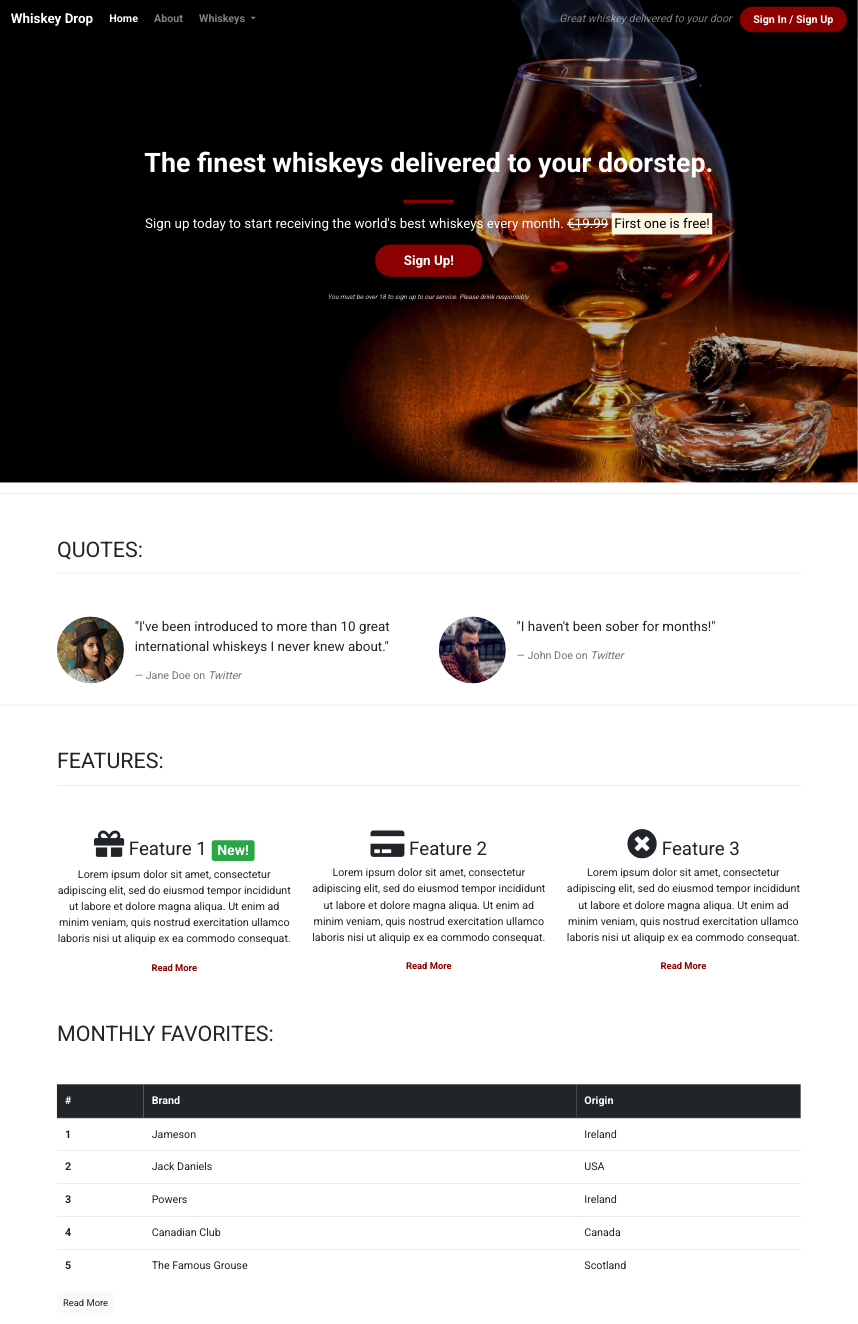
Repository: dof-bull/whiskey-drop
Page: index.html
The author's editor kept a record of every edit. The page is drawn from the files as they stood at one moment, then again after the next edit.
The browser window is 1280 px wide. The pictures show the whole page, at 67% of full size.
Backgrounds fixed to the window are drawn as part of the page. Some web libraries are served in a nearby version.

Above is the page before.

After the next edit:
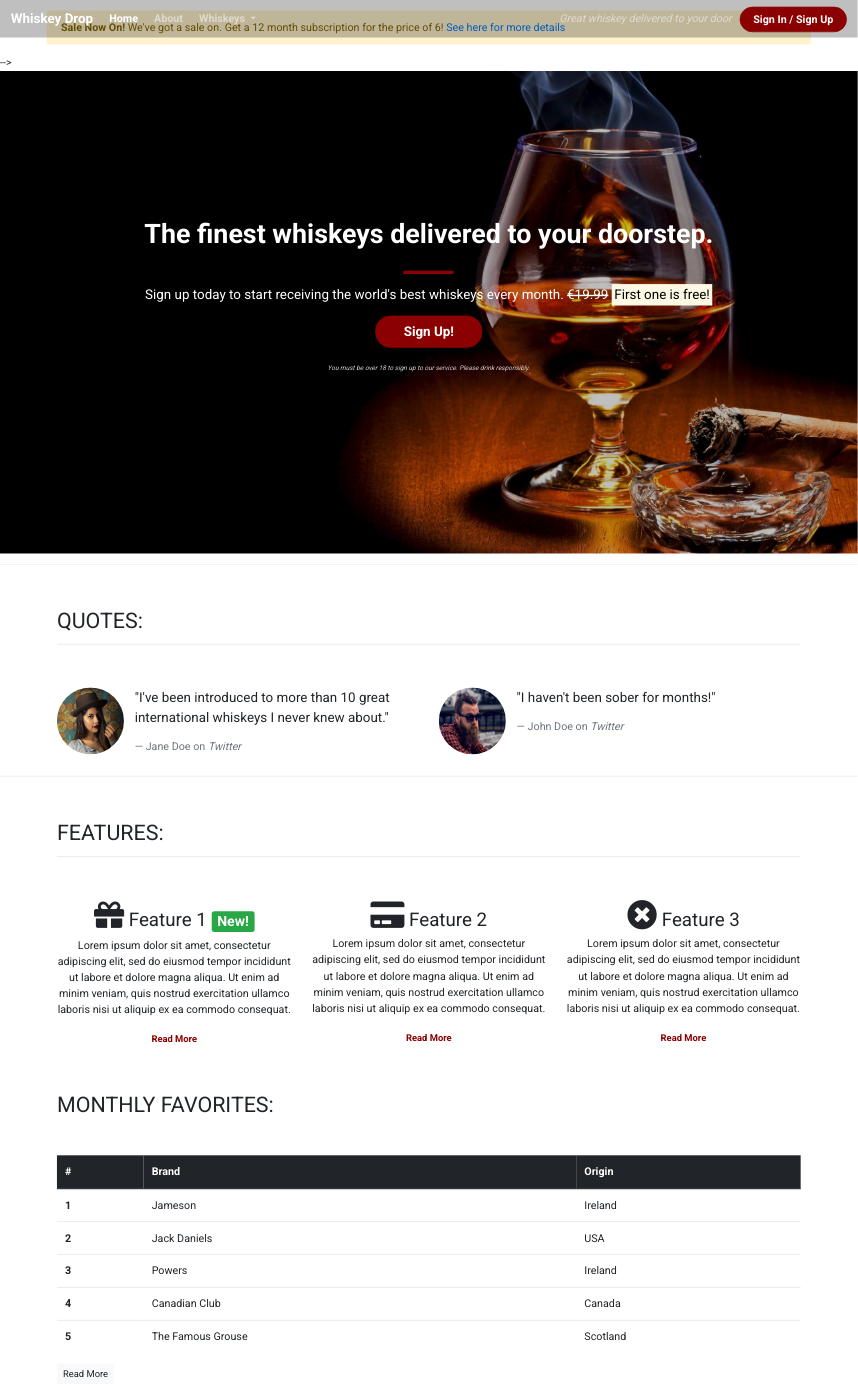
The edit:
--- a/index.html
+++ b/index.html
@@ -47,7 +47,7 @@
   </div>
   <!-- /Nav -->
 
-  <!-- Alert
+  <!-- Alert -->
   <div class="container-fluid alert-container">
     <article class="container mt-3">
       <div class="row d-none d-sm-block">

After the edit that followed:
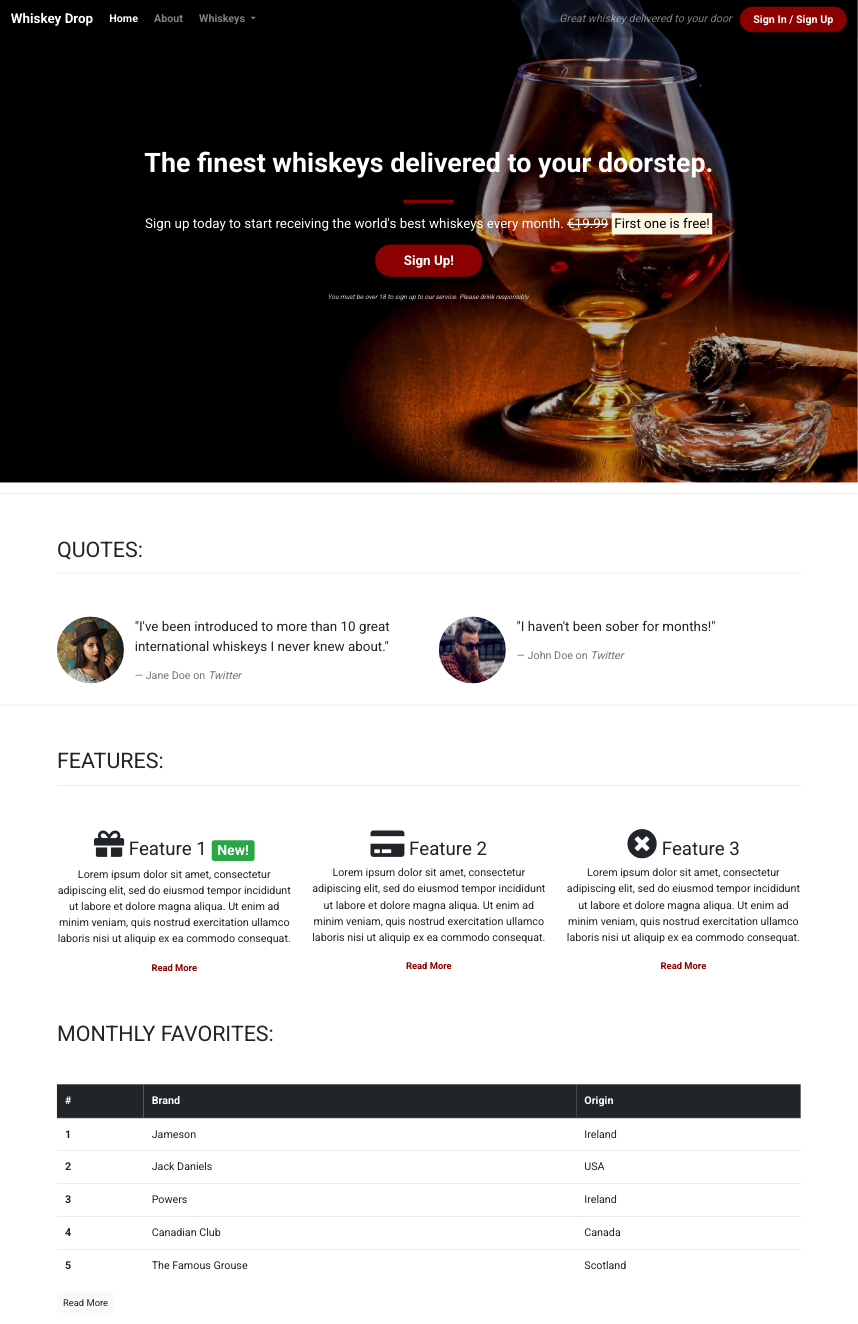
The edit:
--- a/index.html
+++ b/index.html
@@ -47,20 +47,6 @@
   </div>
   <!-- /Nav -->
 
-  <!-- Alert -->
-  <div class="container-fluid alert-container">
-    <article class="container mt-3">
-      <div class="row d-none d-sm-block">
-        <div class="col-12">
-          <div class="alert alert-warning">
-            <strong>Sale Now On!</strong> We've got a sale on. Get a 12 month subscription for the price of 6! <a href="">See here for more details</a>
-          </div>
-        </div>
-      </div>
-    </article>
-  </div>
-  -->
-
   <!-- Callout -->
   <div class="container-fluid callout-container">
     <div class="opaque-overlay">&nbsp;</div>
